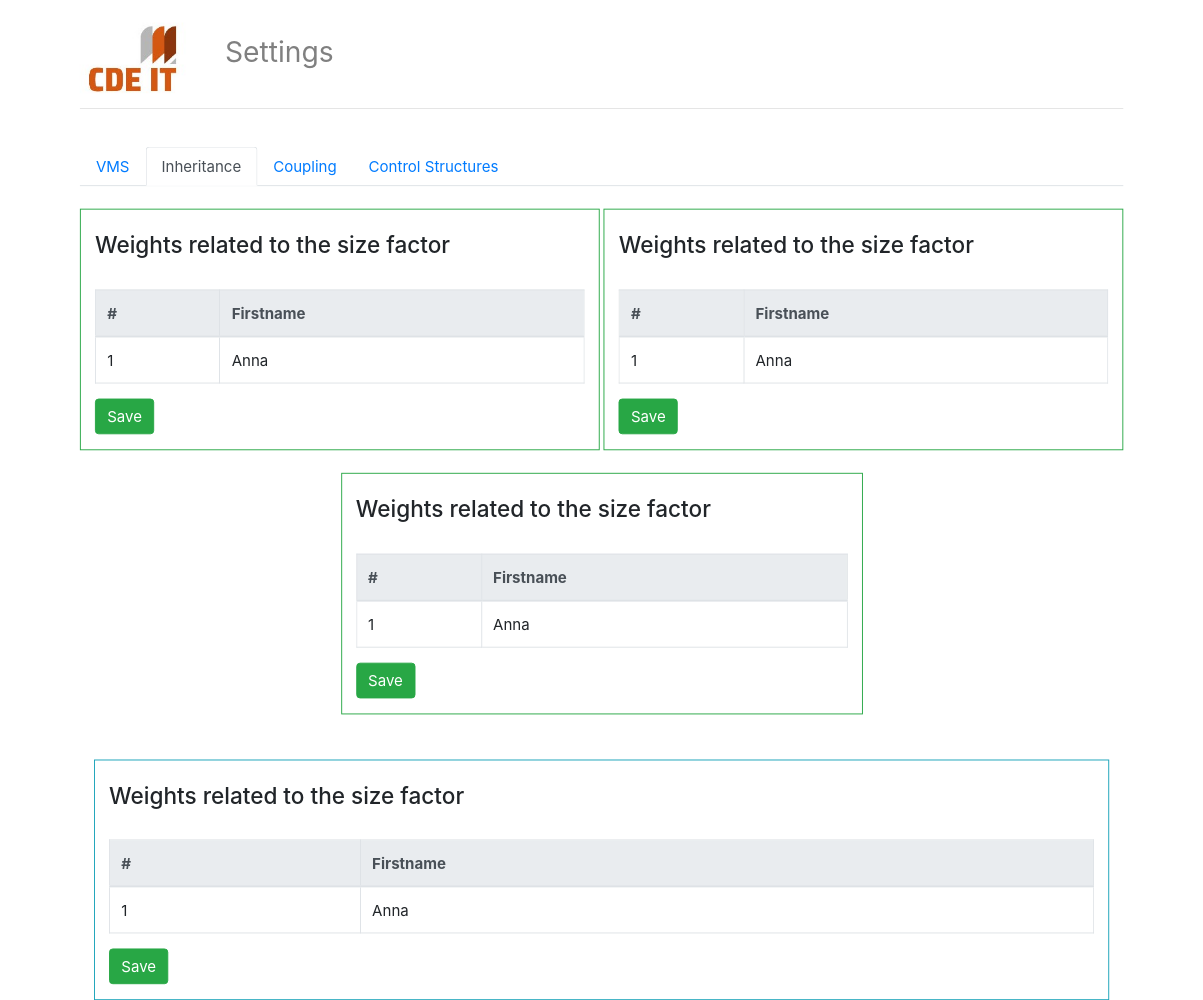
Repository: JudeAshan98/ITPM
Page: CDE_IT/WebContent/views/settings.html
These files come from the project's save history. The page is drawn as it stood at one moment and after the next save; the edit follows.
The browser window is 1280 px wide. The pictures show the whole page, at 94% of full size.

Above is the page before, as saved 2020-03-01 16:33:47.

### CDE_IT/WebContent/views/settings.html
<!DOCTYPE html>
<html lang="en">
<head>
<title>Bootstrap Example</title>
<meta charset="utf-8">
<meta name="viewport" content="width=device-width, initial-scale=1">
<link rel="stylesheet"
	href="https://maxcdn.bootstrapcdn.com/bootstrap/4.4.1/css/bootstrap.min.css">
<script
	src="https://ajax.googleapis.com/ajax/libs/jquery/3.4.1/jquery.min.js"></script>
<script
	src="https://cdnjs.cloudflare.com/ajax/libs/popper.js/1.16.0/umd/popper.min.js"></script>
<script
	src="https://maxcdn.bootstrapcdn.com/bootstrap/4.4.1/js/bootstrap.min.js"></script>
</head>
<body>
	<br>

	<div class="container">
		<div>
			<img src="../img/logoe.png" style="max-height: 75px">
			<text style="font-size:30px; color:gray ; margin-left:30px;">
			Settings<text>
			<hr />
		</div>
		<br>

		<!-- Nav tabs -->
		<ul class="nav nav-tabs" role="tablist">
			<li class="nav-item"><a class="nav-link" data-toggle="tab"
				href="#vms">VMS</a></li>
			<li class="nav-item"><a class="nav-link active"
				data-toggle="tab" href="#inheritance">Inheritance</a></li>
			<li class="nav-item"><a class="nav-link" data-toggle="tab"
				href="#Coupling">Coupling</a></li>
			<li class="nav-item"><a class="nav-link" data-toggle="tab"
				href="#Control">Control Structures</a></li>
		</ul>

		<!-- Tab panes -->
		<div class="tab-content">
			<div id="vms" class="container tab-pane active">
				<br>
				<div class="row">
					<div class="col-sm border border-success">
						<br>
						<h4>Weights related to the size factor</h4>
						<div class="table-responsive">
							<br>
							<table class="table table-bordered">
								<thead class="thead-light">
									<tr>
										<th>#</th>
										<th>Firstname</th>
									</tr>
								</thead>
								<tbody>
									<tr>
										<td>1</td>
										<td>Anna</td>
									</tr>
								</tbody>
							</table>
						</div>
						<button type="button" class="btn btn-success">Save</button>
					</div>
					&nbsp
					<div class="col-sm border border-success">
						<br>
						<h4>Weights related to the size factor</h4>
						<div class="table-responsive">
							<br>
							<table class="table table-bordered">
								<thead class="thead-light">
									<tr>
										<th>#</th>
										<th>Firstname</th>
									</tr>
								</thead>
								<tbody>
									<tr>
										<td>1</td>
										<td>Anna</td>
									</tr>
								</tbody>
							</table>
						</div>
						<button type="button" class="btn btn-success">Save</button>
						<p></p>
					</div>
				</div>
				<br>
				<div class="row justify-content-md-center">
					<div class="col-md-6 border border-success">
						<br>
						<h4>Weights related to the size factor</h4>
						<div class="table-responsive">
							<br>
							<table class="table table-bordered">
								<thead class="thead-light">
									<tr>
										<th>#</th>
										<th>Firstname</th>
									</tr>
								</thead>
								<tbody>
									<tr>
										<td>1</td>
										<td>Anna</td>
									</tr>
								</tbody>
							</table>
						</div>
						<button type="button" class="btn btn-success">Save</button>
						<p></p>
					</div>
				</div>
				<br>
			</div>


			<div id="inheritance" class="container tab-pane active">
				<br>
				<div class="col-sm border border-info">
					<br>
					<h4>Weights related to the size factor</h4>
					<div class="table-responsive">
						<br>
						<table class="table table-bordered">
							<thead class="thead-light">
								<tr>
									<th>#</th>
									<th>Firstname</th>
								</tr>
							</thead>
							<tbody>
								<tr>
									<td>1</td>
									<td>Anna</td>
								</tr>
							</tbody>
						</table>
					</div>
					<button type="button" class="btn btn-success">Save</button>
					<p></p>
				</div>
			</div>
			<div id="Coupling" class="container tab-pane fade">
				<br>
				<div class="col-sm border border-success">
					<br>
					<h4>Weights related to the size factor</h4>
					<div class="table-responsive">
						<br>
						<table class="table table-bordered">
							<thead class="thead-light">
								<tr>
									<th>#</th>
									<th>Firstname</th>
								</tr>
							</thead>
							<tbody>
								<tr>
									<td>1</td>
									<td>Anna</td>
								</tr>
							</tbody>
						</table>
					</div>
					<button type="button" class="btn btn-success">Save</button>
					<p></p>
				</div>
			</div>
			<div id="Control" class="container tab-pane fade">
				<br>
				<div class="col-sm border border-success">
					<br>
					<h4>Weights related to the size factor</h4>
					<div class="table-responsive">
						<br>
						<table class="table table-bordered">
							<thead class="thead-light">
								<tr>
									<th>#</th>
									<th>Firstname</th>
								</tr>
							</thead>
							<tbody>
								<tr>
									<td>1</td>
									<td>Anna</td>
								</tr>
							</tbody>
						</table>
					</div>
					<button type="button" class="btn btn-success">Save</button>
					<p></p>
				</div>
			</div>
		</div>

	</div>
</body>
</html>

After the next save:
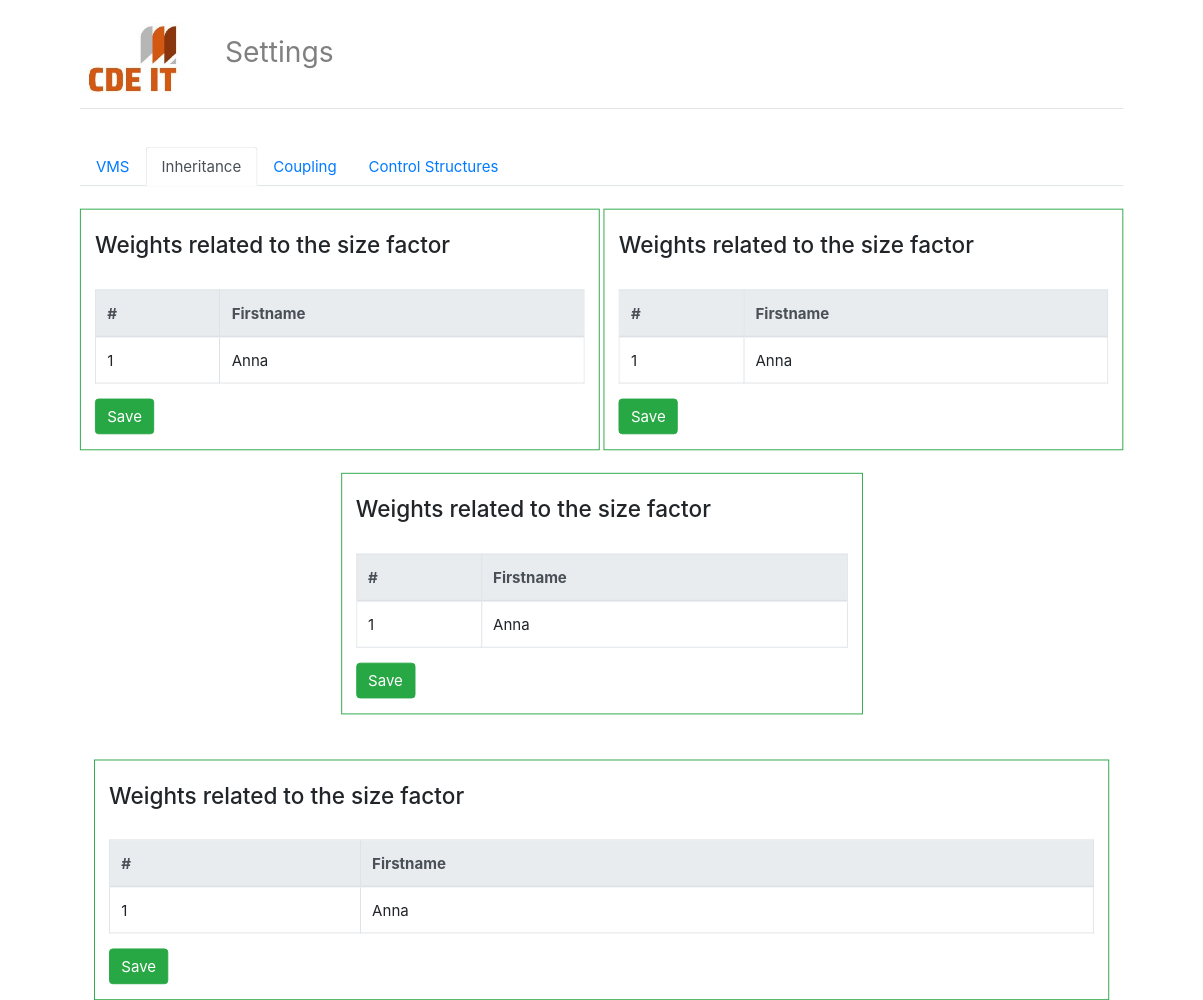
Saved 14 s later.
--- a/CDE_IT/WebContent/views/settings.html
+++ b/CDE_IT/WebContent/views/settings.html
@@ -117,35 +117,7 @@
 				</div>
 				<br>
 			</div>
-
-
 			<div id="inheritance" class="container tab-pane active">
-				<br>
-				<div class="col-sm border border-info">
-					<br>
-					<h4>Weights related to the size factor</h4>
-					<div class="table-responsive">
-						<br>
-						<table class="table table-bordered">
-							<thead class="thead-light">
-								<tr>
-									<th>#</th>
-									<th>Firstname</th>
-								</tr>
-							</thead>
-							<tbody>
-								<tr>
-									<td>1</td>
-									<td>Anna</td>
-								</tr>
-							</tbody>
-						</table>
-					</div>
-					<button type="button" class="btn btn-success">Save</button>
-					<p></p>
-				</div>
-			</div>
-			<div id="Coupling" class="container tab-pane fade">
 				<br>
 				<div class="col-sm border border-success">
 					<br>
@@ -171,7 +143,7 @@
 					<p></p>
 				</div>
 			</div>
-			<div id="Control" class="container tab-pane fade">
+			<div id="Coupling" class="container tab-pane fade">
 				<br>
 				<div class="col-sm border border-success">
 					<br>
@@ -197,6 +169,32 @@
 					<p></p>
 				</div>
 			</div>
+			<div id="Control" class="container tab-pane fade">
+				<br>
+				<div class="col-sm border border-success">
+					<br>
+					<h4>Weights related to the size factor</h4>
+					<div class="table-responsive">
+						<br>
+						<table class="table table-bordered">
+							<thead class="thead-light">
+								<tr>
+									<th>#</th>
+									<th>Firstname</th>
+								</tr>
+							</thead>
+							<tbody>
+								<tr>
+									<td>1</td>
+									<td>Anna</td>
+								</tr>
+							</tbody>
+						</table>
+					</div>
+					<button type="button" class="btn btn-success">Save</button>
+					<p></p>
+				</div>
+			</div>
 		</div>
 
 	</div>
